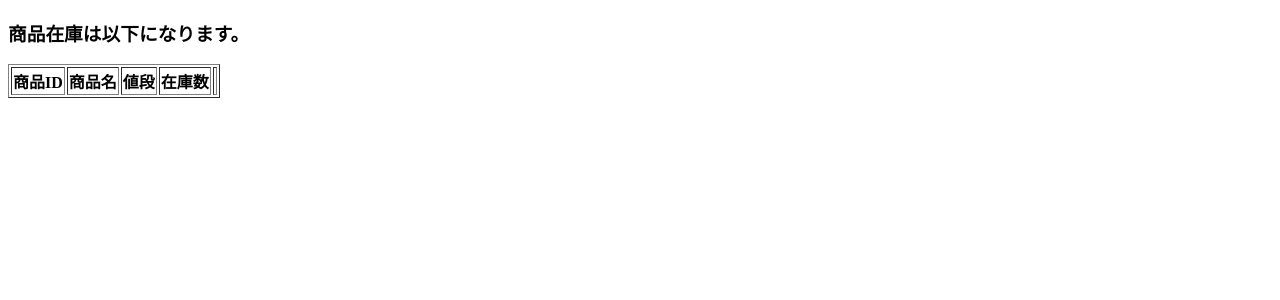
Repository: sachiyuki/java
Page: http://localhost/AdminLogin/adminpage.jsp
These files come from the project's save history. The page is drawn as it stood at one moment and after the next save; the edit follows.
The browser window is 1280 px wide. The pictures show the whole page.
The page is served by Tomcat 9.

Above is the page before, as saved 2018-03-05 09:53:12.

After the next save:
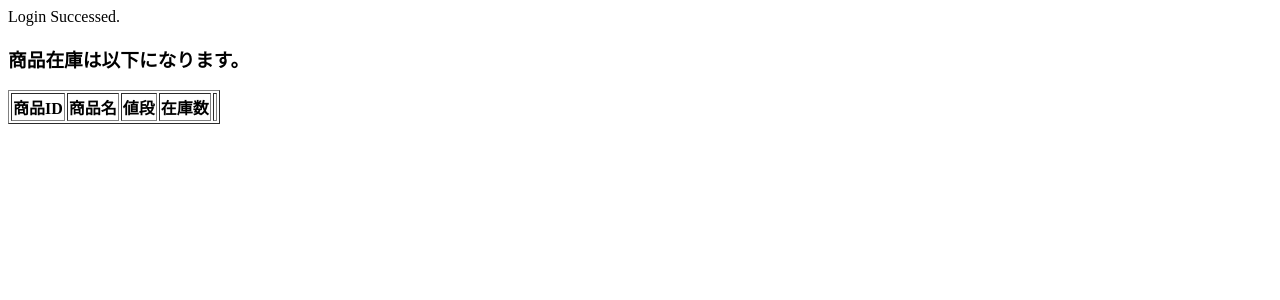
Saved 59 s later.
--- a/AdminLogin/WebContent/adminpage.jsp
+++ b/AdminLogin/WebContent/adminpage.jsp
@@ -9,6 +9,7 @@
 </head>
 <body>
 
+Login Successed.
 
 <h3>商品在庫は以下になります。</h3>
 <s:form>
